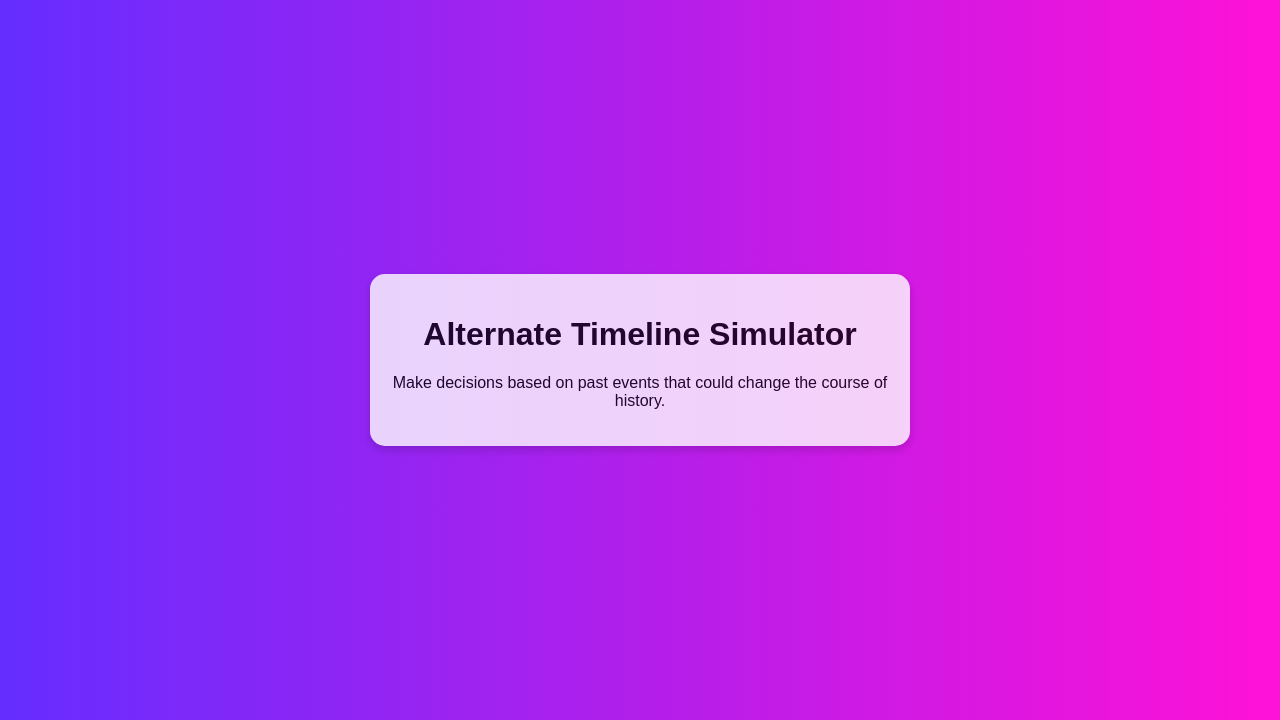
Repository: JovKun/DecisionCraft
Page: service/index.html
The author's editor kept a copy of each file at every save. The page is drawn from the files as they stood at one save, then again after the next save.
The browser window is 1280 px wide. The pictures show the whole page.

Above is the page before, as saved 2026-01-31 12:49:20.

After the next save:
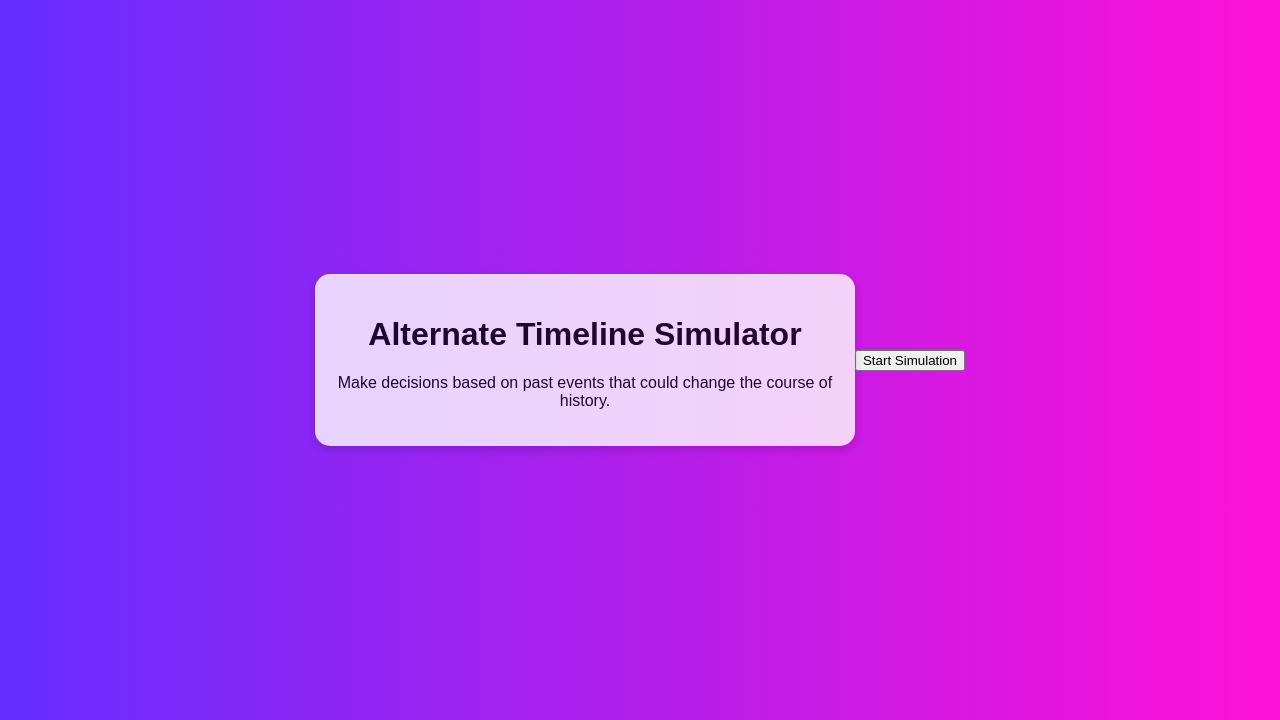
Not found: service/script.js
Saved 6 s later.
--- a/service/index.html
+++ b/service/index.html
@@ -11,7 +11,9 @@
         <h1>Alternate Timeline Simulator</h1>
         <p>Make decisions based on past events that could change the course of history.</p>
     </div>
-    <div id="play"
+    <div id="play-button" class="button-container">
+        <button onclick="startSimulation()">Start Simulation</button>
+    </div>
 
     <script src="script.js"></script>
 </body>
